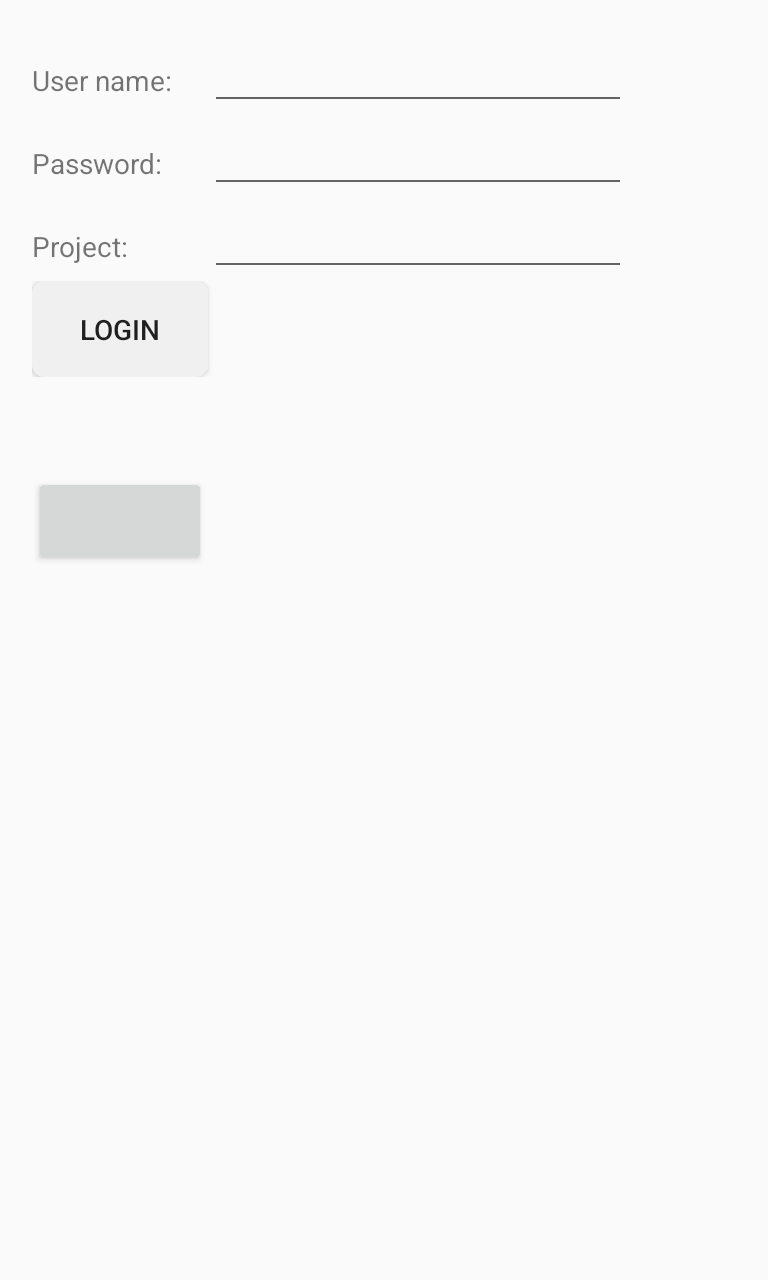
Repository: TheDizzler/shiny-octo-robot
Layout: Qdap/res/layout/fragment_login.xml
These files come from the project's save history. The layout is drawn as it stood at one moment and after the next save; the edit follows.
It is drawn on a 768 x 1280 px phone screen (xhdpi) without system bars, with theme AppTheme; the app's code is not run.

Above is the layout before, as saved 2014-05-14 23:01:36.

### Qdap/res/layout/fragment_login.xml
<TableLayout xmlns:android="http://schemas.android.com/apk/res/android"
    xmlns:tools="http://schemas.android.com/tools"
    android:layout_width="match_parent"
    android:layout_height="match_parent"
    android:paddingBottom="@dimen/activity_vertical_margin"
    android:paddingLeft="@dimen/activity_horizontal_margin"
    android:paddingRight="@dimen/activity_horizontal_margin"
    android:paddingTop="@dimen/activity_vertical_margin"
    tools:context=".MainActivity" >

    <TableRow>

        <TextView
            android:id="@+id/username"
            android:layout_width="wrap_content"
            android:layout_height="wrap_content"
            android:text="@string/username" />

        <EditText
            android:id="@+id/editUser"
            android:layout_width="wrap_content"
            android:layout_height="wrap_content"
            android:ems="10"
            android:inputType="textPersonName" />
    </TableRow>

    <TableRow>

        <TextView
            android:id="@+id/password"
            android:layout_width="wrap_content"
            android:layout_height="wrap_content"
            android:text="@string/password" />

        <EditText
            android:id="@+id/editPassword"
            android:layout_width="wrap_content"
            android:layout_height="wrap_content"
            android:ems="10"
            android:inputType="textPassword" />
    </TableRow>

    <TableRow>

        <TextView
            android:id="@+id/project"
            android:layout_width="wrap_content"
            android:layout_height="wrap_content"
            android:text="@string/project" />

        <EditText
            android:id="@+id/editProject"
            android:layout_width="wrap_content"
            android:layout_height="wrap_content"
            android:ems="10"
            android:inputType="text" />
    </TableRow>

    <TableRow>

        <Button
            android:background="@drawable/custom_button"
            android:onClick="login"
            android:text="@string/login" />
    </TableRow>

    <TableRow>

        <Button
            android:id="@+id/sync_button"
            android:background="@drawable/custom_button"
            android:onClick="sync"
            android:text="Sync"
            android:visibility="invisible" />
    </TableRow>

    <TableRow>

        <Button android:id="@+id/testproject_button" >
        </Button>
    </TableRow>

</TableLayout>

### Qdap/res/values/strings.xml
<?xml version="1.0" encoding="utf-8"?>
<resources>

    <string name="app_name">Qdap - Quality Dev App</string>
    <string name="title_trade_detail">Trade Detail</string>
    <string name="title_activity_login">Login</string>
    <string name="title">Title</string>
    <string name="username">User name: </string>
    <string name="password">Password: </string>
    <string name="project">Project: </string>
    <string name="login">Login</string>
    <string name="notes">Notes</string>
    <string name="checklists">Checklists</string>
    <string name="reports">Reports</string>
    <string name="photo">Photo Gallery</string>
    <string name="action_settings">Settings</string>
    <string name="title_activity_categories">Categories</string>
    <string name="hello_world">Hello world!</string>
    <string name="title_activity_floors">Floors</string>
    <string name="title_activity_checklist">Checklist</string>
    <string name="title_activity_expandable_list_fragment">ExpandableListFragment</string>
    <string name="title_activity_floor_fragment">FloorFragment</string>

</resources>

### Qdap/res/drawable-hdpi/custom_button.xml
<selector xmlns:android="http://schemas.android.com/apk/res/android">
    <item android:drawable="@drawable/round_corner_clicked"
        android:state_pressed="true"></item>
    <item android:drawable="@drawable/round_corner_normal"></item>
</selector>

### Qdap/res/drawable-hdpi/round_corner_clicked.xml
<shape xmlns:android="http://schemas.android.com/apk/res/android"
    android:shape="rectangle">
    <solid android:color="#8c93a6"/>
    <corners android:radius="6dp"/>
</shape>

### Qdap/res/drawable-hdpi/round_corner_normal.xml
<shape xmlns:android="http://schemas.android.com/apk/res/android"
    android:shape="rectangle">
    <solid android:color="#f0f0f0"/>
    <corners android:radius="6dp"/>
</shape>

Loaded but not shown: Qdap/res/values/styles.xml (common file); Qdap/res/values-v11/styles.xml (common file); Qdap/res/values-v14/styles.xml (common file); Qdap/res/values/dimens.xml (common file); Qdap/res/values-w820dp/dimens.xml (common file)

After the next save:
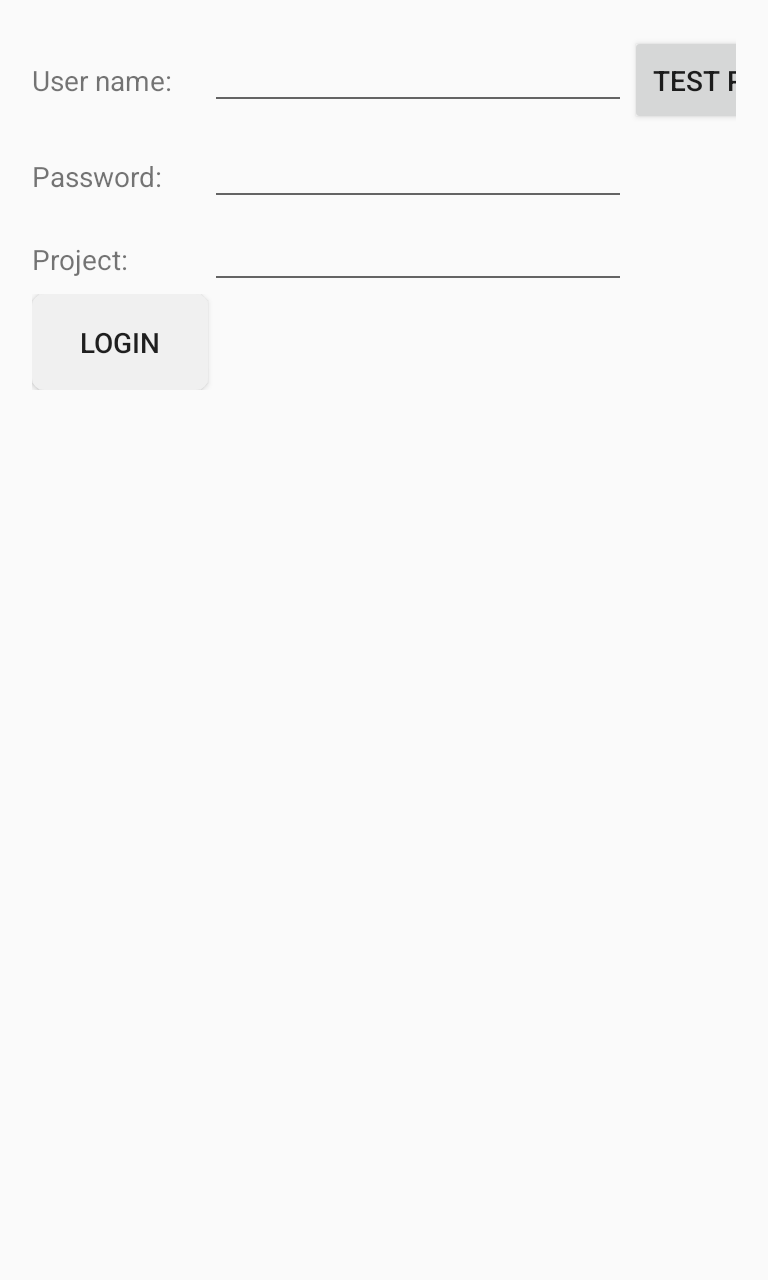
Saved 66 s later.
--- a/Qdap/res/layout/fragment_login.xml
+++ b/Qdap/res/layout/fragment_login.xml
@@ -22,6 +22,11 @@
             android:layout_height="wrap_content"
             android:ems="10"
             android:inputType="textPersonName" />
+
+        <Button android:id="@+id/testproject_button"
+            android:layout_width="wrap_content"
+            android:onClick="sync"
+            android:text="Test Project"/>
     </TableRow>
 
     <TableRow>
@@ -74,10 +79,5 @@
             android:visibility="invisible" />
     </TableRow>
 
-    <TableRow>
-
-        <Button android:id="@+id/testproject_button" >
-        </Button>
-    </TableRow>
 
 </TableLayout>
